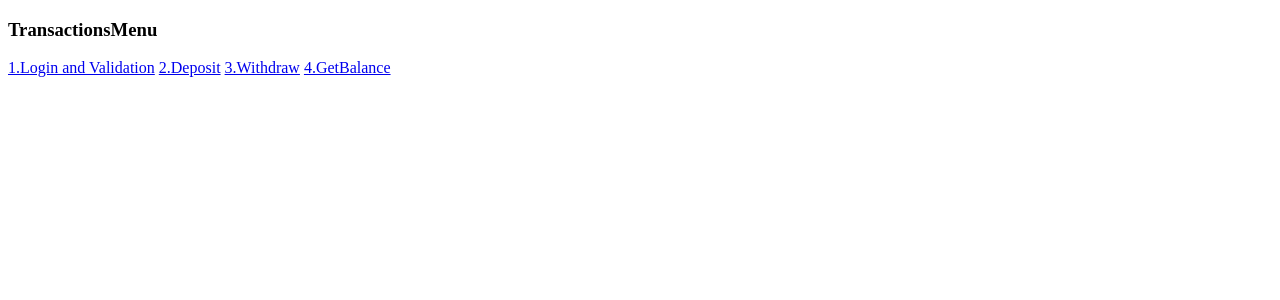
Repository: saiswaroop1547/ctstraining
Page: Banking1/WebContent/TransactionsMenu.html
An editor plug-in stored every save of this project. The page is shown before and after the next save, followed by the edit.
The browser window is 1280 px wide. The pictures show the whole page.

Above is the page before, as saved 2020-02-11 07:09:20.

After the next save:
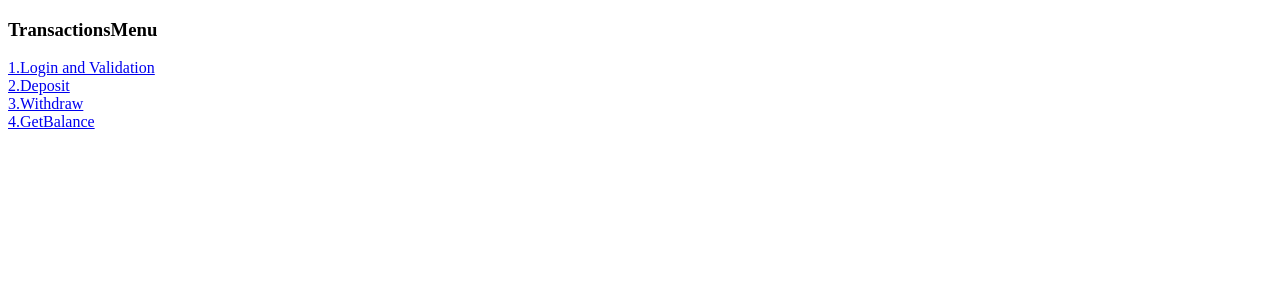
Saved 18 s later.
--- a/Banking1/WebContent/TransactionsMenu.html
+++ b/Banking1/WebContent/TransactionsMenu.html
@@ -7,10 +7,10 @@
 <body>
 <form>
 <h3>TransactionsMenu</h3>
-<a href='index.html'>1.Login and Validation</a>
-<a href='Deposit.jsp'>2.Deposit</a>
-<a href='Withdraw.jsp'>3.Withdraw</a>
-<a href='GetBalance.jsp'>4.GetBalance</a>
+<a href='index.html'>1.Login and Validation</a><br>
+<a href='Deposit.jsp'>2.Deposit</a><br>
+<a href='Withdraw.jsp'>3.Withdraw</a><br>
+<a href='GetBalance.jsp'>4.GetBalance</a><br>
 </form>
 </body>
 </html>
